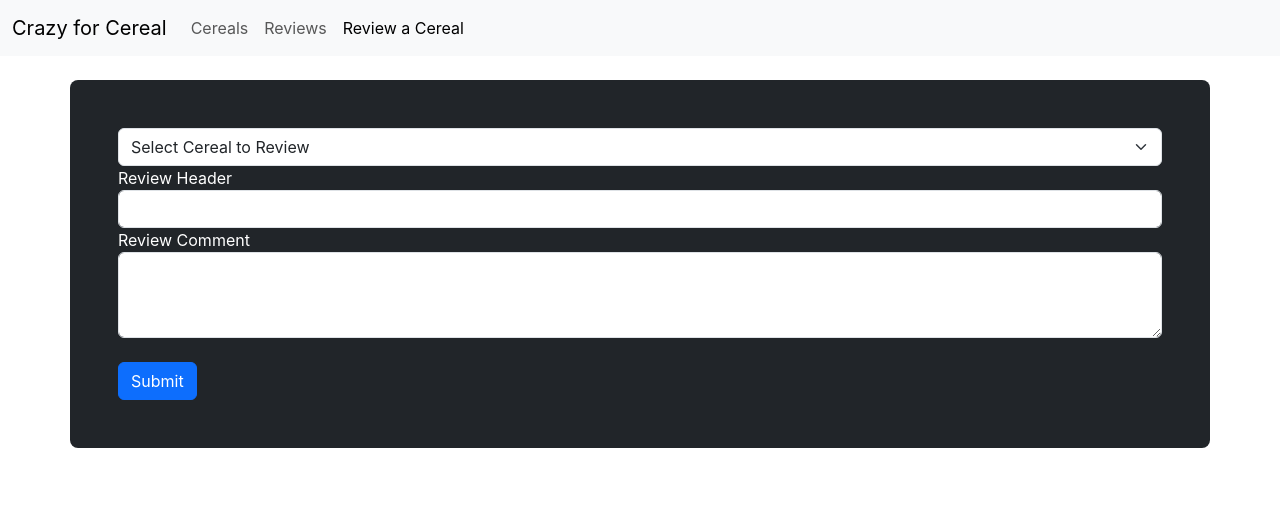
Repository: annferracane/project-3-sinatra
Page: /new-review (app in phase-3-project/)
The author's editor kept a copy of each file at every save. The page is drawn from the files as they stood at one save, then again after a run of saves.
The browser window is 1280 px wide. The pictures show the whole page.
The page's requests for data from a server got no answer. The project was rebuilt for these pictures with package versions that can differ from the ones it lists, and the page was loaded fresh each time. No one was signed in, and anything a server would have sent is missing. Also part of the build but not shown: phase-3-project/src/components/Cereal.js, phase-3-project/src/components/Cereals.js, phase-3-project/src/components/Main.js, phase-3-project/src/components/Review.js, phase-3-project/src/components/Reviews.js, phase-3-project/src/components/CerealDetail.js.

Above is the page before, as saved 2023-01-24 15:04:20.

After the next 3 saves:
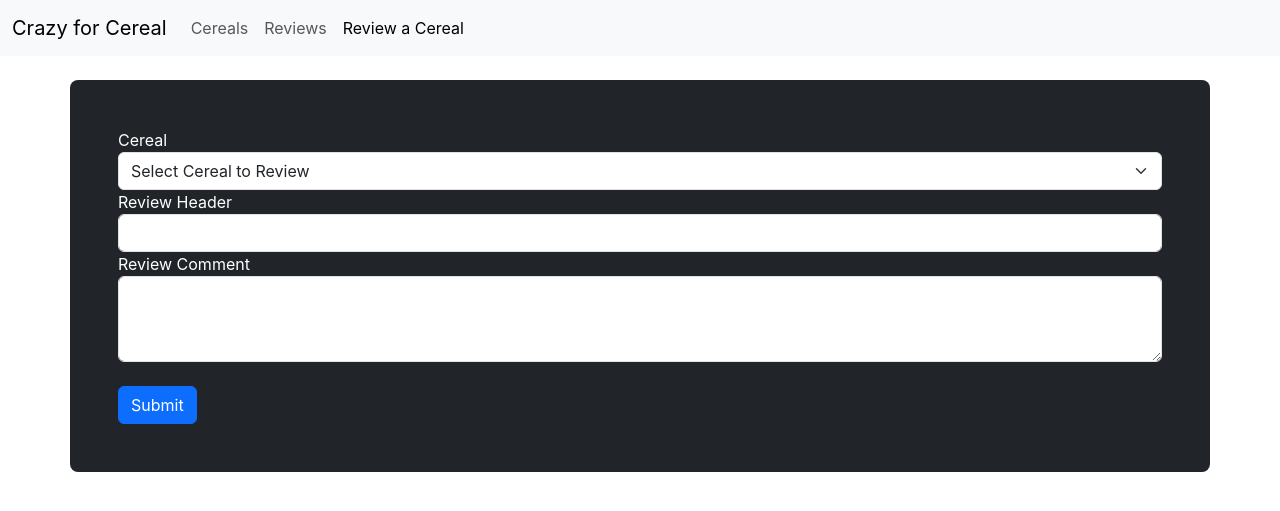
The 3 saves are shown as one change because they came seconds apart.
The last was saved 42 s later.
--- a/phase-3-project/src/components/NewReview.js
+++ b/phase-3-project/src/components/NewReview.js
@@ -43,6 +43,7 @@ function NewReview({ cereals, addNewReview }) {
                 <div className="p-5 text-bg-dark rounded-3">
                     <form onSubmit={ handleSubmit }>
                         <div className="form-group">
+                            <label htmlFor="url">Cereal</label>
                             <select className="form-select" value={ cerealId } onChange={(e) => setCerealId(e.target.value)} aria-label="Default select example">
                                 <option value="0" selected>Select Cereal to Review</option>
                                 { cerealArray }
